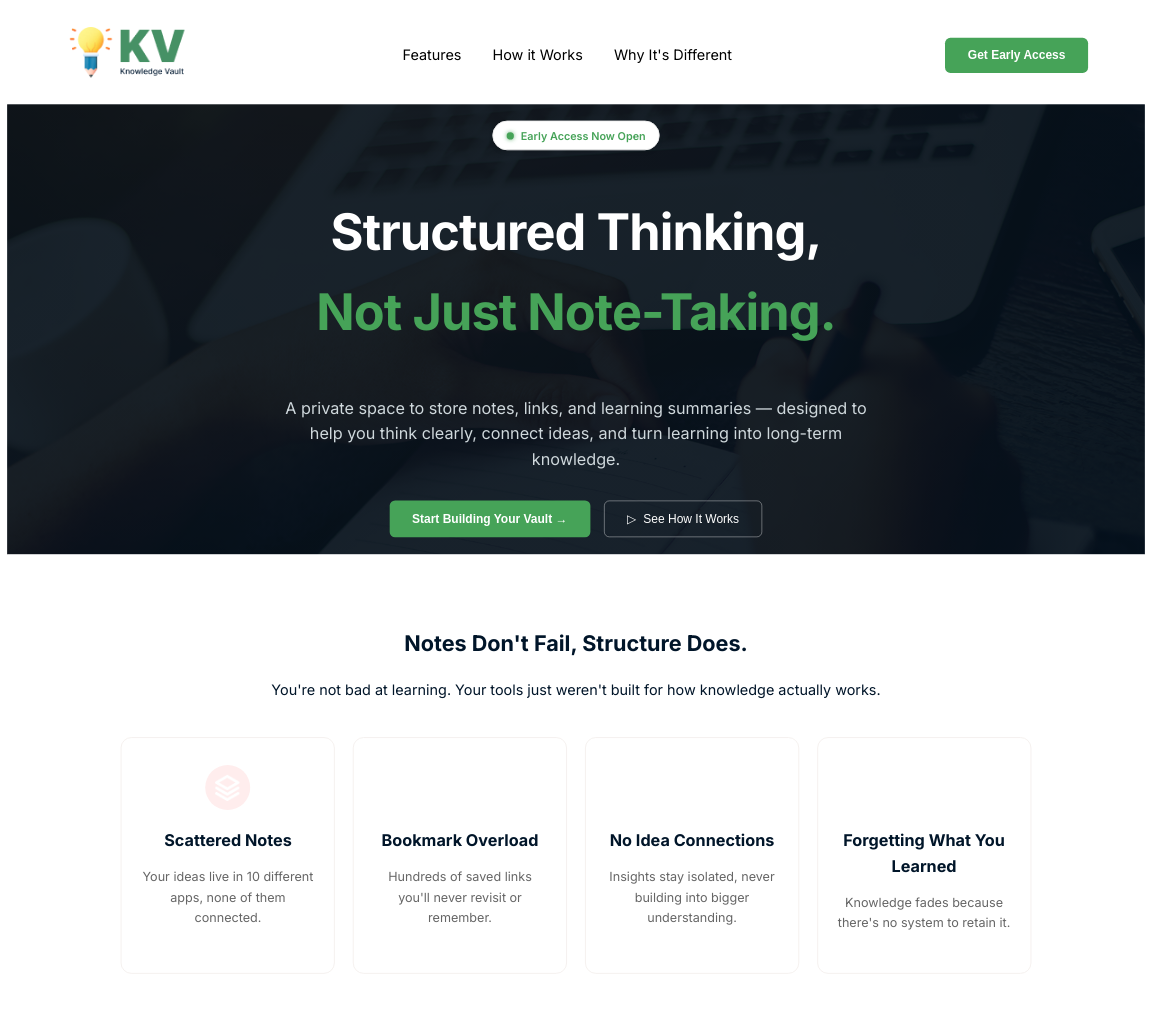
Repository: Saiful21Islam/my-fast-devel
Page: index.html
An editor plug-in stored every save of this project. The page is shown before and after the next save, followed by the edit.
The browser window is 1280 px wide. The pictures show the whole page, at 90% of full size.

Above is the page before, as saved 2026-01-31 12:05:26.

### index.html
<!DOCTYPE html>
<html lang="en">

<head>
    <meta charset="UTF-8">
    <meta name="viewport" content="width=device-width, initial-scale=1.0">
    <title>My Fast Development Project</title>
    <link rel="preconnect" href="https://fonts.googleapis.com">
<link rel="preconnect" href="https://fonts.gstatic.com" crossorigin>
<link href="https://fonts.googleapis.com/css2?family=Inter:ital,opsz,wght@0,14..32,100..900;1,14..32,100..900&family=Open+Sans:ital,wght@0,300..800;1,300..800&family=Work+Sans:ital,wght@0,100..900;1,100..900&display=swap" rel="stylesheet">
    <link rel="stylesheet" href="style.css">
</head>

<body>
    <header class="navbar">
        <div class="logo">
            <img src="assets/logo-navbar.png" alt="kv logo">
        </div>
    <nav class="nav-links">
        <a href="#">Features</a>
        <a href="#">How it Works</a>
        <a href="#">Why It's Different</a>
    </nav>
    <button class="btn-primary">Get Early Access</button>
</header>
 <section class="banner">
        <div class="banner-overlay">
            <div class="banner-content">
                <span class="early-badge">Early Access Now Open</span>
                <h1>Structured Thinking, <br><span class="green-text">Not Just Note-Taking.</span></h1>
                <p>A private space to store notes, links, and learning summaries — designed to help you think clearly,
                    connect ideas, and turn learning into long-term knowledge.</p>
                <div class="banner-btns">
                  <button class="btn-primary">Start Building Your Vault &rarr;</button>

                  <button class="btn-outline">
                  <span class="play-icon">&#9655;</span> See How It Works
                           </button>
                </div>
            </div>
        </div>
    </section>
        <section class="notes">
    <h2>Notes Don't Fail, Structure Does.</h2>
    <p class="subtitle">You're not bad at learning. Your tools just weren't built for how knowledge actually works.</p>

    <div class="card-container">
        <div class="card">
            <div class="icon-circle red-bg"> <img src="assets/Vector.png" alt=""> </div>
            <h3>Scattered Notes</h3>
            <p>Your ideas live in 10 different apps, none of them connected.</p>
        </div>
        <div class="card">
            <div class="icon-circle"> <img src="assets/Bookmarks.png" alt=""> </div>
            <h3>Bookmark Overload</h3>
            <p>Hundreds of saved links you'll never revisit or remember.</p>
        </div>
        <div class="card">
            <div class="icon-circle"> <img src="assets/Brain.png" alt=""> </div>
            <h3>No Idea Connections</h3>
            <p>Insights stay isolated, never building into bigger understanding.</p>
        </div>
        <div class="card">
            <div class="icon-circle"> <img src="assets/Info.png" alt=""> </div>
            <h3>Forgetting What You Learned</h3>
            <p>Knowledge fades because there's no system to retain it.</p>
        </div>
    </div>
    </section>


</body>
</html>

### style.css
/* Google Font (Always on Top) */
@import url('https://fonts.googleapis.com/css2?family=Inter:wght@400;600;700&display=swap');

/* Global */
body {
    font-family: 'Inter', sans-serif;
    color: #001529;
    line-height: 1.6;
}

/* Navbar */
.navbar {
    display: flex;
    justify-content: space-between;
    align-items: center;
    padding: 20px 5%;
}

.nav-links a {
    text-decoration: none;
    color: black;
    margin: 0 15px;
}

/* Buttons */
.btn-early {
    background-color: #46a358;
    color: white;
    padding: 10px 20px;
    border: none;
    border-radius: 5px;
}

/* Banner */
.banner {
    background-image: linear-gradient(rgba(0,0,0,0.5), rgba(0,0,0,0.5)),
                      url('assets/hero-bg.png');
    background-size: cover;
    background-position: center;
    height: 500px;

    display: flex;
    justify-content: center;
    align-items: center;
    text-align: center;
    color: white;
}

/* Badge */
.early-badge {
    display: inline-flex;
    align-items: center;
    color: #46a358;
    background-color: #fff;
    padding: 6px 15px;
    border: 1px solid #eee;
    border-radius: 50px;
    font-size: 12px;
    font-weight: 600;
    cursor: pointer;
    box-shadow: 0 2px 5px rgba(0,0,0,0.1);
}

.early-badge::before {
    content: "";
    height: 8px;
    width: 8px;
    background-color: #46a358;
    border-radius: 50%;
    margin-right: 8px;
    box-shadow: 0 0 5px rgba(70, 163, 88, 0.8);
}

/* Text */
h1 {
    font-size: 56px;
    font-weight: 700;
    letter-spacing: -1px;
}

.green-text {
    color: #46a358;
}

.banner p {
    font-size: 18px;
    color: #cfd8dc;
    max-width: 650px;
    margin: 20px auto;
}

/* Banner Buttons */
.banner-btns {
    display: flex;
    justify-content: center;
    gap: 15px;
    margin-top: 30px;
}

.btn-primary {
    background-color: #46a358;
    color: white;
    padding: 12px 25px;
    border: none;
    border-radius: 6px;
    font-weight: 600;
    cursor: pointer;
    transition: 0.3s;
}

.btn-primary:hover {
    background-color: #3b8a4a;
}

.btn-outline {
    background: transparent;
    color: white;
    padding: 12px 25px;
    border: 1px solid rgba(255, 255, 255, 0.4);
    border-radius: 6px;
    font-weight: 500;
    cursor: pointer;
    display: flex;
    align-items: center;
    gap: 8px;
}

.btn-outline:hover {
    background: rgba(255, 255, 255, 0.1);
    border-color: white;
}


.notes {
    text-align: center;
    padding: 60px 10%;
    background-color: #fff;
}

.card-container {
    display: flex; /* 4ti card ke pashapashi rakhar jonno */
    gap: 20px;
    margin-top: 40px;
}

.card {
    flex: 1; /* Shob card shoman size-er hobe */
    padding: 30px 20px;
    border: 1px solid #f4f0ee;
    border-radius: 12px;
    transition: 0.3s;

}

/* Hover Effect (Challenge Requirement) */
.card:hover {
    box-shadow: 0 10px 20px rgba(0,0,0,0.05);
    transform: translateY(-5px);
}

/* Icon Design */
.icon-circle {
    width: 50px;
    height: 50px;
    border-radius: 50%;
    display: flex;
    align-items: center;
    justify-content: center;
    margin: 0 auto 20px;
    font-size: 20px;
}

.red-bg { background-color: #ffeded; color: #ff4d4d; }
.orange-bg { background-color: #fff4e6; color: #ff922b; }

.card h3 {
    font-size: 18px;
    margin-bottom: 10px;
}

.card p {
    font-size: 14px;
    color: #666;
}

After the next save:
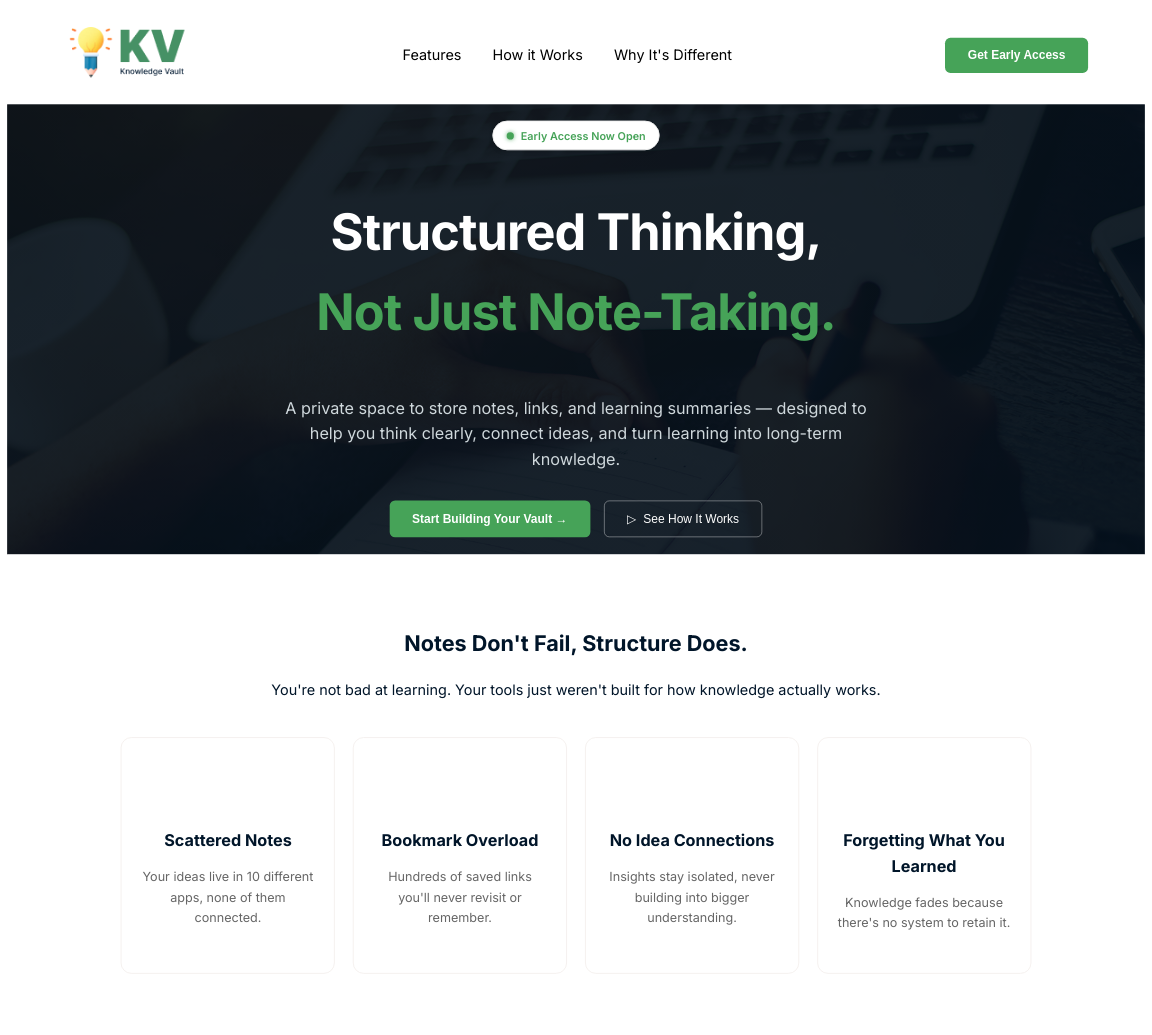
Saved 5 s later.
--- a/index.html
+++ b/index.html
@@ -46,7 +46,7 @@
 
     <div class="card-container">
         <div class="card">
-            <div class="icon-circle red-bg"> <img src="assets/Vector.png" alt=""> </div>
+            <div class="icon-circle"> <img src="assets/Vector.png" alt=""> </div>
             <h3>Scattered Notes</h3>
             <p>Your ideas live in 10 different apps, none of them connected.</p>
         </div>
